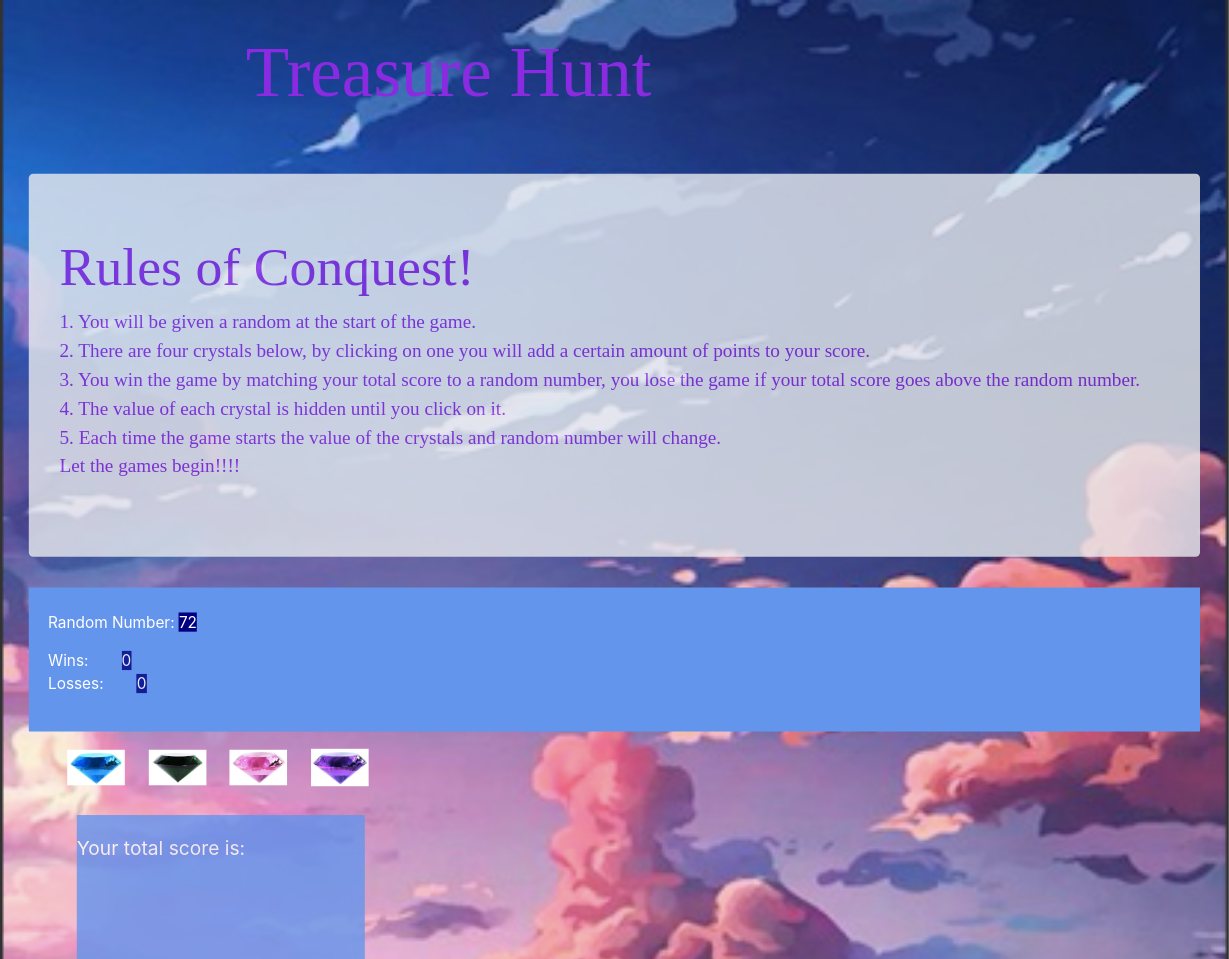
Repository: Jwill1258/unit-4-game
Page: index.html
An editor plug-in stored every save of this project. The page is shown before and after the next save, followed by the edit.
The browser window is 1280 px wide. The pictures show the whole page, at 96% of full size.
Some web fonts or font styles are not loaded; a fallback is used.

Above is the page before, as saved 2019-11-08 00:20:42.

After the next save:
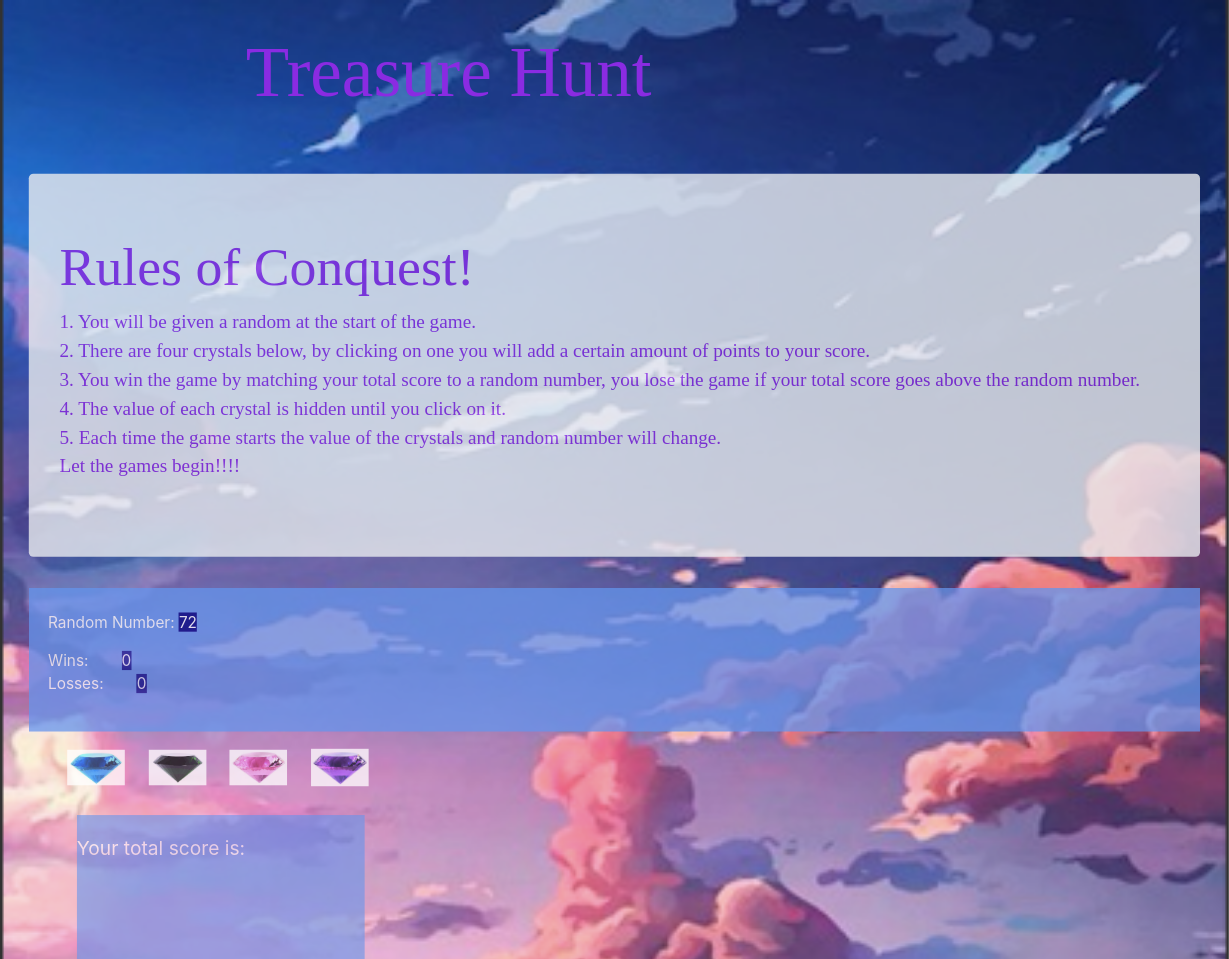
Saved 100 s later.
--- a/assets/css/style.css
+++ b/assets/css/style.css
@@ -71,6 +71,7 @@ body {
 	margin-right: 30px;
 	padding-left: 20px;
 	color: navy;
+	opacity: 75%;
 }
 
 .numberToMatch {
